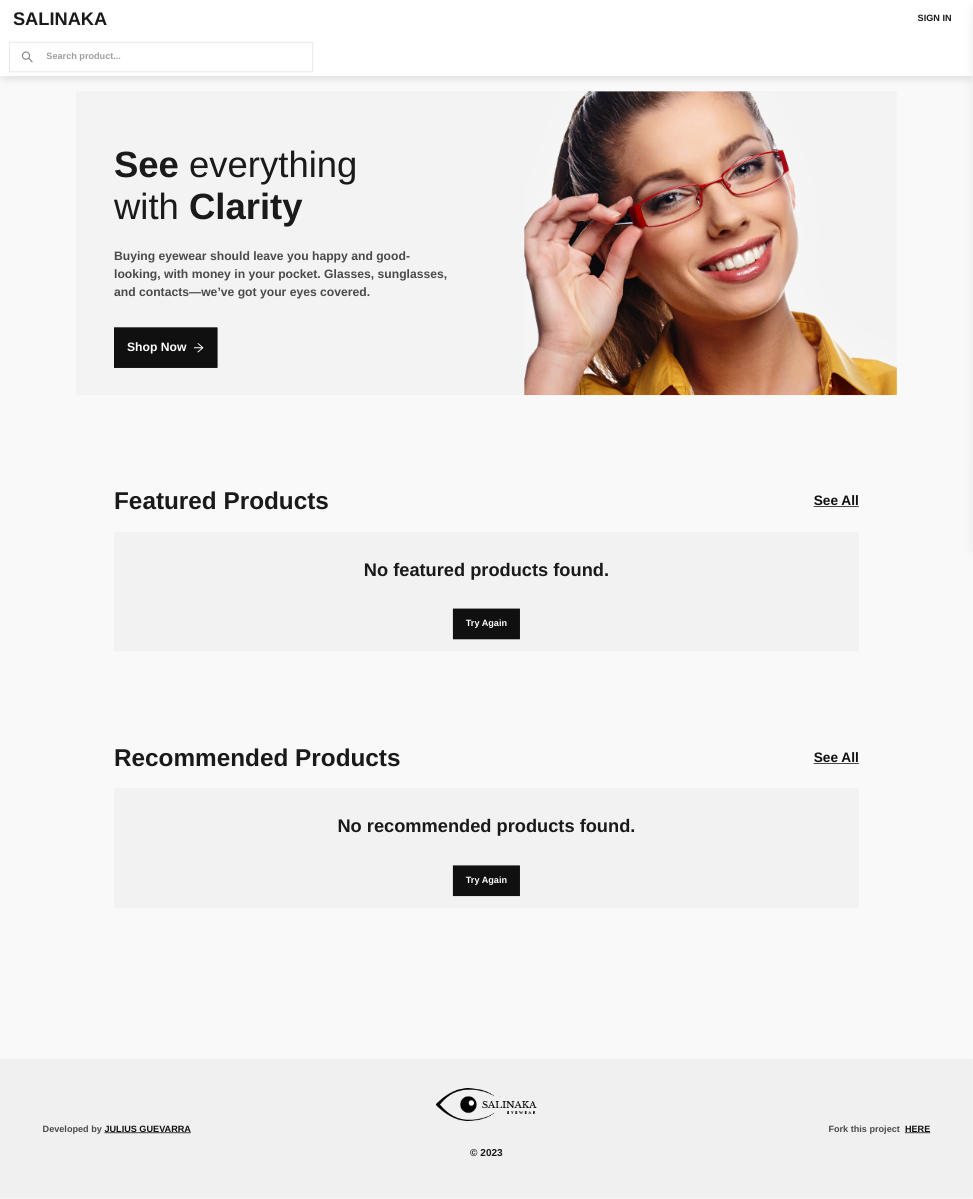
Repository: hejazimahsa/glassessShop-react
Page: /
An editor plug-in stored every save of this project. The page is shown before and after the next save, followed by the edit.
The browser window is 1280 px wide. The pictures show the whole page, at 76% of full size.
The page's requests for data from a server got no answer. The project was rebuilt for these pictures with package versions that can differ from the ones it lists, and the page was loaded fresh each time. No one was signed in, and anything a server would have sent is missing. Also part of the build but not shown: vite.config.js, src/views/account/components/UserAvatar.jsx, src/components/common/AdminNavigation.jsx, src/components/common/AdminSidePanel.jsx, src/components/common/Boundary.jsx, src/components/common/ColorChooser.jsx, src/selectors/selector.js, src/components/common/PriceRange/Handle.jsx and 57 more.

Above is the page before, as saved 2024-11-03 13:24:03.

After the next save:
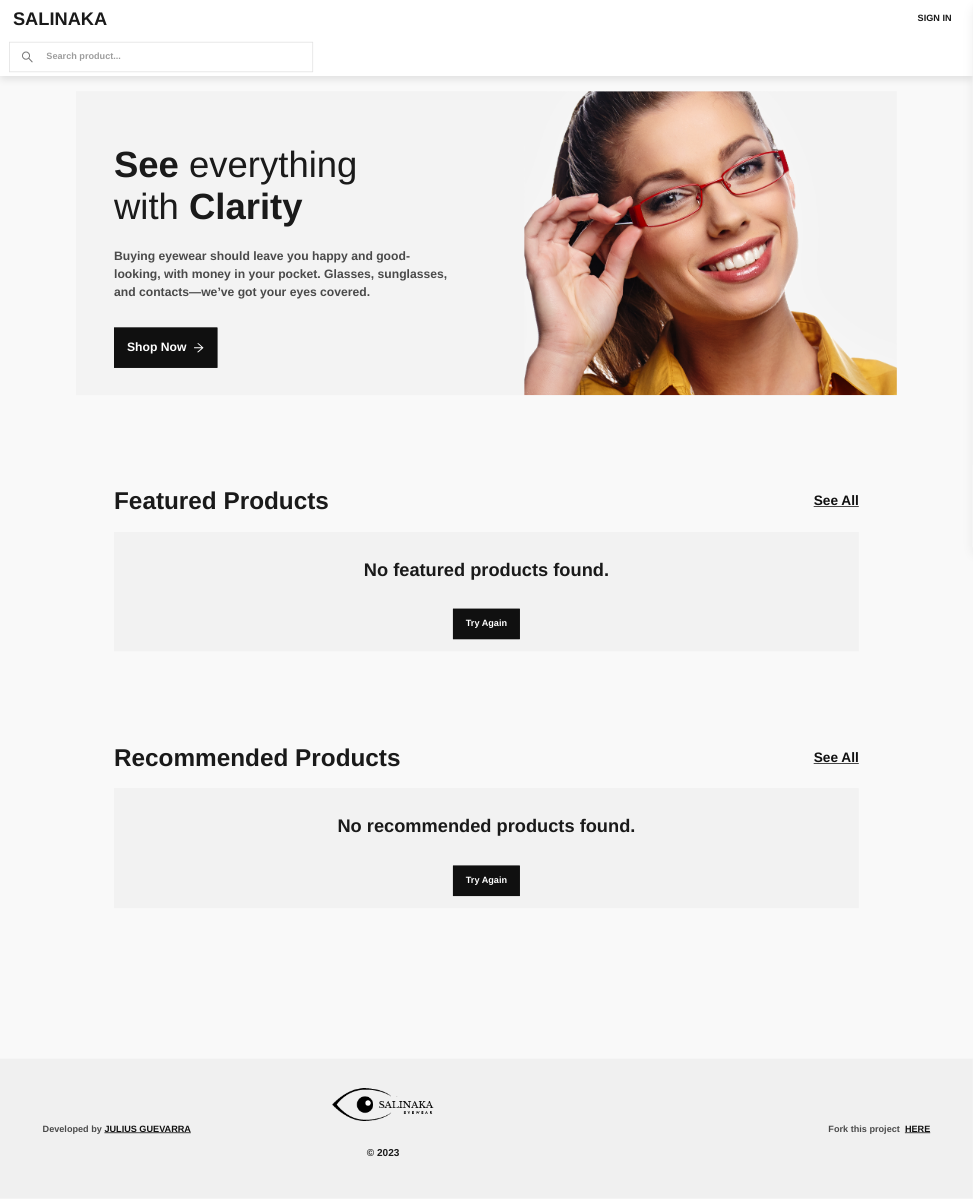
Saved 6 min 6 s later.
--- a/src/styles/5 - components/_footer.scss
+++ b/src/styles/5 - components/_footer.scss
@@ -25,15 +25,7 @@
   object-fit: contain;
 }
 
-.footer-col-1 {
-  flex-basis: 40%;
 
-  @include mobile {
-    flex-basis: none;
-    order: 1;
-    text-align: center;
-  }
-}
 
 .footer-col-2 {
   padding: 3rem 0;

After the 4 saves that followed:
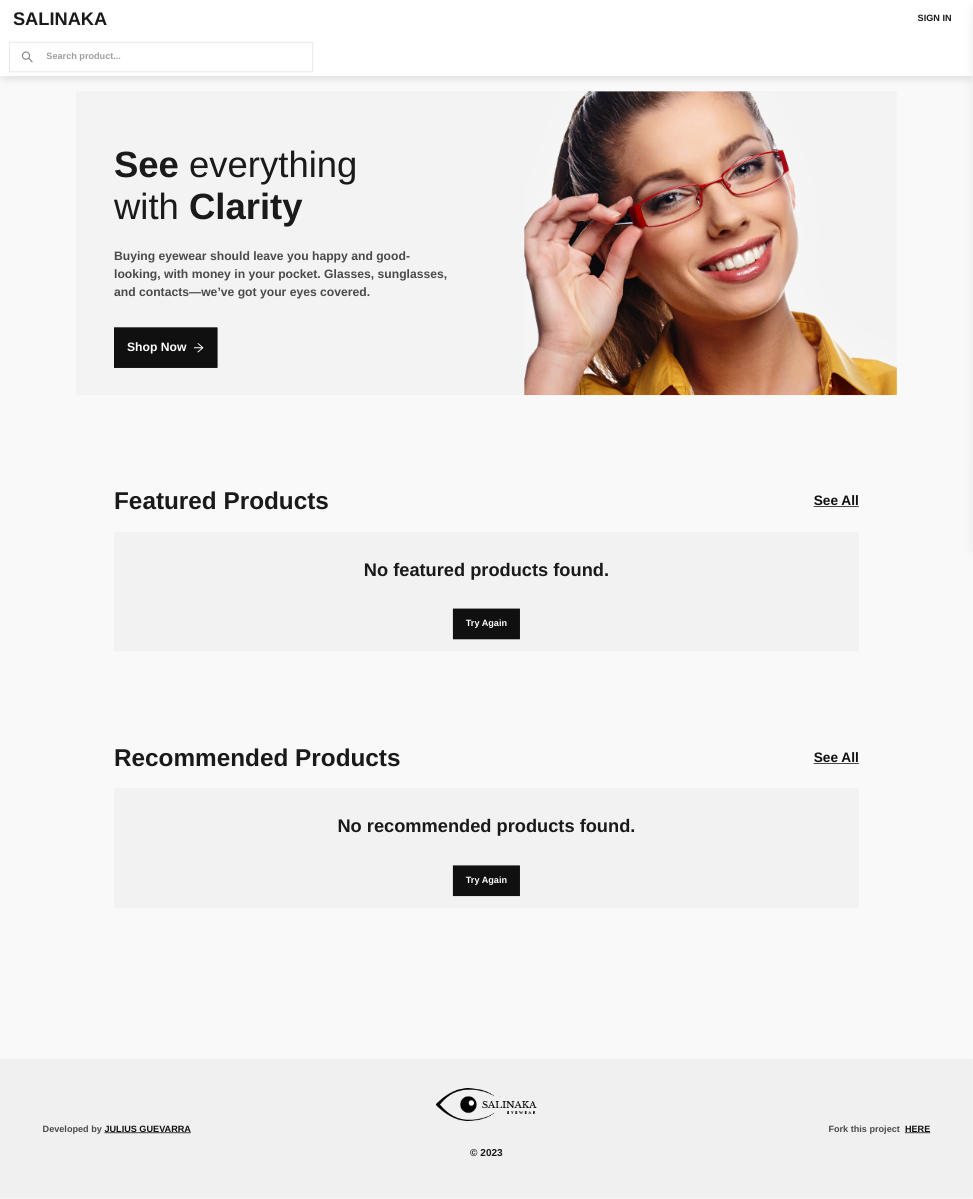
The 4 saves are shown as one change because 3 did not build or start.
The last was saved 3 min 50 s later.
--- a/src/styles/5 - components/_footer.scss
+++ b/src/styles/5 - components/_footer.scss
@@ -25,7 +25,15 @@
   object-fit: contain;
 }
 
+.footer-col-1 {
+  flex-basis: 40%;
 
+  @include mobile {
+    flex-basis: none;
+    order: 1;
+    text-align: center;
+  }
+}
 
 .footer-col-2 {
   padding: 3rem 0;
